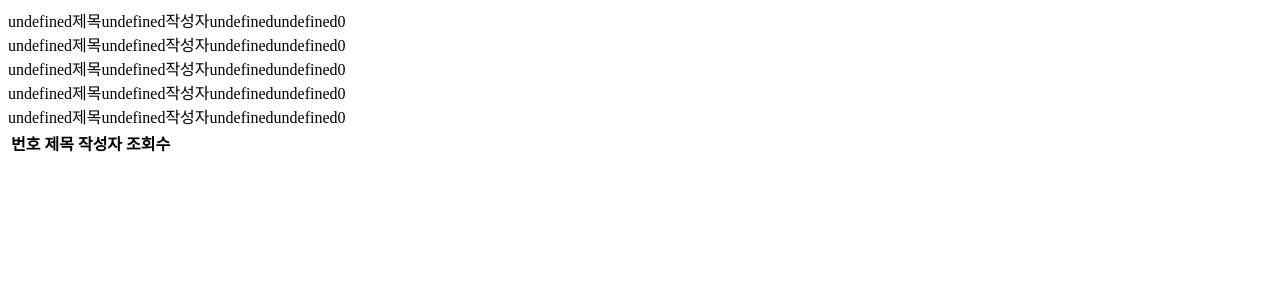
Repository: Pang-Ho/TIL
Page: JavaScript/workspace_web/jstest/WebContent/fortest2.html
The author's editor kept a copy of each file at every save. The page is drawn from the files as they stood at one save, then again after the next save.
The browser window is 1280 px wide. The pictures show the whole page.

Above is the page before, as saved 2021-08-23 07:41:08.

After the next save:
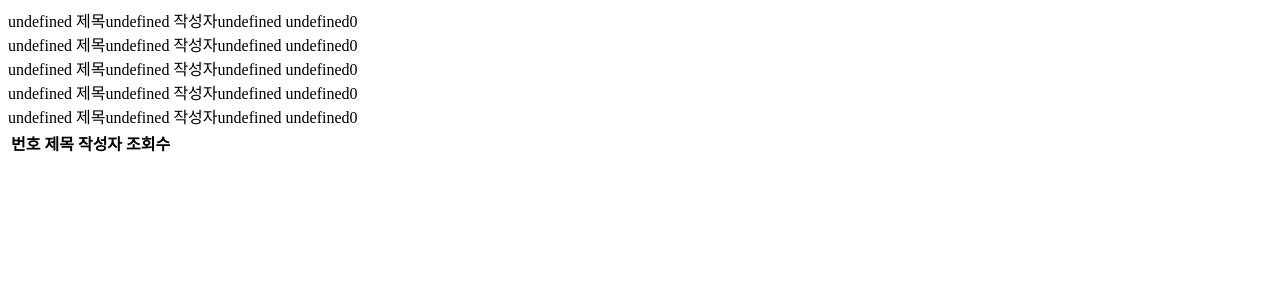
Saved 73 s later.
--- a/JavaScript/workspace_web/jstest/WebContent/fortest2.html
+++ b/JavaScript/workspace_web/jstest/WebContent/fortest2.html
@@ -10,7 +10,7 @@
 
 	for(i = 1 ; i < 6 ; i++){
 		for(j = 0 ; j < a.length ; j++){
-			document.write(a[j]);
+			document.write(a[j] + " ");
 		}
 		document.write("<br>");
 	}
